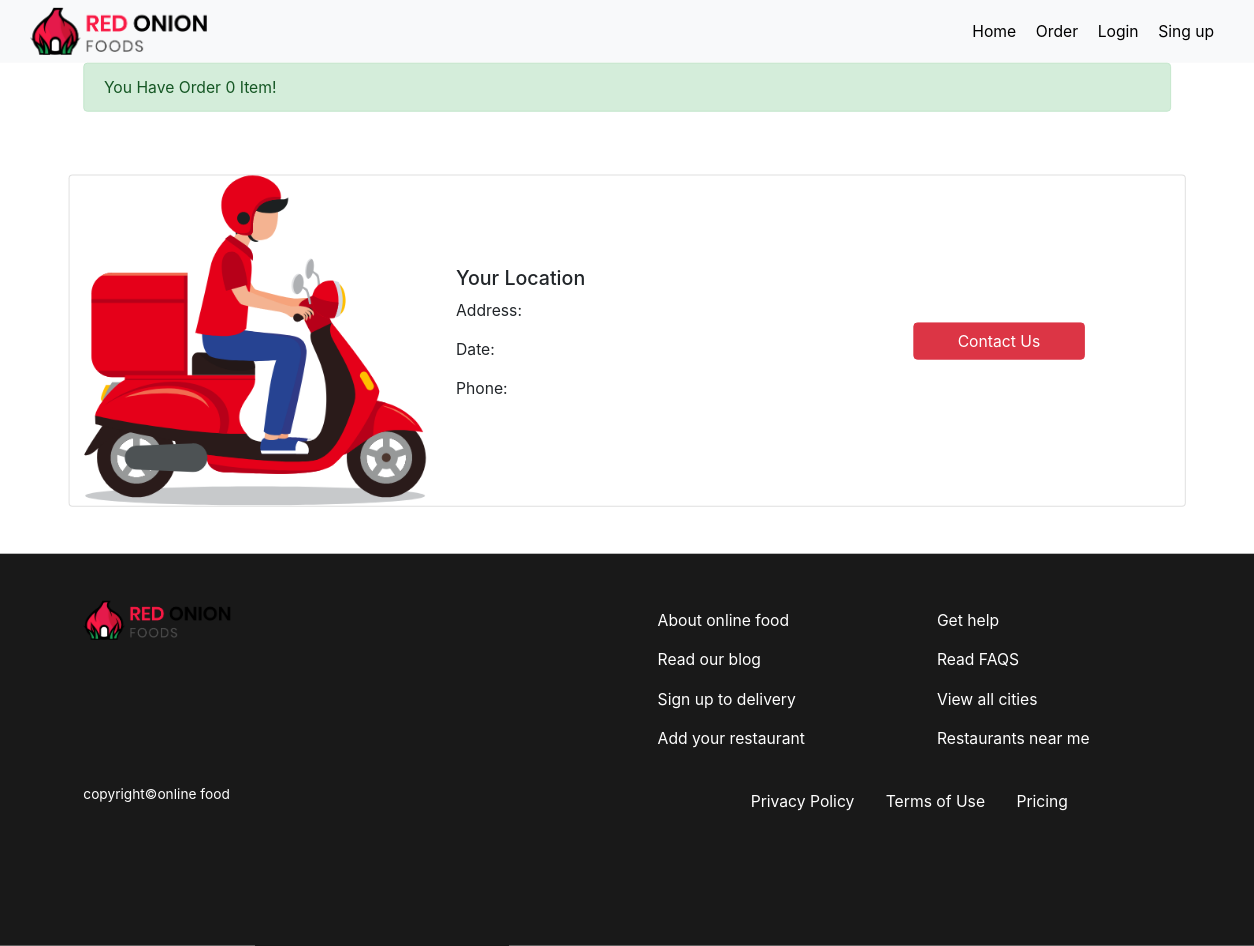
Repository: arif286/red-onion-client
Page: /order
These files come from the project's save history. The page is drawn as it stood at one moment and after the next save; the edit follows.
The browser window is 1280 px wide. The pictures show the whole page, at 98% of full size.
The page's requests for data from a server got no answer. The project was rebuilt for these pictures with package versions that can differ from the ones it lists, and the page was loaded fresh each time. Some packages were replaced by stand-ins written for this rebuild. No one was signed in, and anything a server would have sent is missing. Also part of the build but not shown: src/App.css, src/components/CheckOut/CheckOut.css, src/components/CheckOut/CheckOutForm/CheckOutFrom.js, src/components/CheckOut/CheckOut.js, src/components/SearchBar/SearchBar.css, src/components/SearchBar/SearchBar.js, src/components/FoodDetails/FoodDetail.css, src/components/FoodDetails/FoodDetail.js and 12 more. Imported but missing from the stored project, and not drawn on this page: src/components/CheckOut/Map/Map.

Above is the page before, as saved 2021-04-07 01:39:58.

### public/index.html
<!DOCTYPE html>
<html lang="en">
  <head>
    <meta charset="utf-8" />
    <link rel="icon" href="%PUBLIC_URL%/favicon.ico" />
    <meta name="viewport" content="width=device-width, initial-scale=1" />
    <meta name="theme-color" content="#000000" />
    <meta
      name="description"
      content="Web site created using create-react-app"
    />
    <link rel="apple-touch-icon" href="%PUBLIC_URL%/logo192.png" />
    <!--
      manifest.json provides metadata used when your web app is installed on a
      user's mobile device or desktop. See https://developers.google.com/web/fundamentals/web-app-manifest/
    -->
    <link rel="manifest" href="%PUBLIC_URL%/manifest.json" />

    <!-- <link
      href="https://api.tiles.mapbox.com/mapbox-gl-js/v2.1.1/mapbox-gl.css"
      rel="stylesheet"
    /> -->
    <!--
      Notice the use of %PUBLIC_URL% in the tags above.
      It will be replaced with the URL of the `public` folder during the build.
      Only files inside the `public` folder can be referenced from the HTML.

      Unlike "/favicon.ico" or "favicon.ico", "%PUBLIC_URL%/favicon.ico" will
      work correctly both with client-side routing and a non-root public URL.
      Learn how to configure a non-root public URL by running `npm run build`.
    -->
    <title>Red Onion</title>
  </head>
  <body>
    <noscript>You need to enable JavaScript to run this app.</noscript>
    <div id="root"></div>
    <!--
      This HTML file is a template.
      If you open it directly in the browser, you will see an empty page.

      You can add webfonts, meta tags, or analytics to this file.
      The build step will place the bundled scripts into the <body> tag.

      To begin the development, run `npm start` or `yarn start`.
      To create a production bundle, use `npm run build` or `yarn build`.
    -->
  </body>
</html>

### src/App.js
import "bootstrap/dist/css/bootstrap.min.css";
import React, { createContext, useState } from "react";
import { BrowserRouter as Router, Route, Switch } from "react-router-dom";
import './App.css';
import CheckOut from "./components/CheckOut/CheckOut";
import Map from "./components/CheckOut/Map/Map";
import FoodDetail from "./components/FoodDetails/FoodDetail";
import Footer from "./components/Footer/Footer";
import Header from "./components/Header/Header";
import Home from './components/Home/Home';
import Login from "./components/LogIn/Login";
import Order from "./components/Order/Order";
import SingUp from "./components/SingUp/SingUp";


export const UserContext = createContext();
function App() {
  const [loggedInUser, setLoggedInUser] = useState({});
  return (
    <UserContext.Provider value={[loggedInUser, setLoggedInUser]}>
      <Router>
        <Header />
        <Switch>
          <Route path="/home">
            <Home />
          </Route>
          <Route path="/signUp">
            <SingUp />
          </Route>
          <Route path="/login">
            <Login />
          </Route>
          <Route path="/food/details/:foodId">
            <FoodDetail />
          </Route>
          <Route path='/checkOut'>
            <CheckOut/>
          </Route>
          <Route path='/order'>
            <Order/>
          </Route>
          <Route path='/map'>
            <Map/>
          </Route>
          <Route exact path="/">
            <Home/>
          </Route>
        </Switch>
        <Footer />
      </Router>
    </UserContext.Provider>
  );

}

export default App;

### src/components/Footer/Footer.js
import React from 'react';
import { NavLink } from 'react-bootstrap';
import Logo from '../../onion-restaurent/logo2.png';
import './Footer.css';

const Footer = () => {
    return (
      <footer>
        <div className="container">
          <div className="row pt-5">
            <div className="col-md-6 col-sm-12 pb-4">
              <img className="footer-img" src={Logo} alt="" />
            </div>
            <div className="col-md-3 col-sm-12 pb-4">
              <ul className="nav flex-column">
                <li className="nav-item">
                  <NavLink
                    className="nav-link active footer-link"
                    aria-current="page"
                    to="/"
                  >
                    About online food
                  </NavLink>
                </li>
                <li className="nav-item">
                  <NavLink className="nav-link footer-link" to="/">
                    Read our blog
                  </NavLink>
                </li>
                <li className="nav-item">
                  <NavLink className="nav-link footer-link" to="/">
                    Sign up to delivery
                  </NavLink>
                </li>
                <li className="nav-item">
                  <NavLink className="nav-link footer-link" to="/">
                    Add your restaurant
                  </NavLink>
                </li>
              </ul>
            </div>
            <div className="col-md-3 col-sm-12 pb-4">
              <ul className="nav flex-column">
                <li className="nav-item">
                  <NavLink
                    className="nav-link footer-link"
                    aria-current="page"
                    to="/"
                  >
                    Get help
                  </NavLink>
                </li>
                <li className="nav-item">
                  <NavLink className="nav-link footer-link" to="/">
                    Read FAQS
                  </NavLink>
                </li>
                <li className="nav-item">
                  <NavLink className="nav-link footer-link" to="/">
                    View all cities
                  </NavLink>
                </li>
                <li className="nav-item">
                  <NavLink className="nav-link footer-link" to="/">
                    Restaurants near me
                  </NavLink>
                </li>
              </ul>
            </div>
          </div>

          <div className="row">
            <div className="col-md-7">
              <p className='copy-right'>
                <small>
                  copyright<span>&#169;</span>online food
                </small>
              </p>
            </div>
            <div className="col-md-5">
              <div className='d-flex'>
                <NavLink className="footer-link">Privacy Policy</NavLink>
                <NavLink className="footer-link">Terms of Use</NavLink>
                <NavLink className="footer-link">Pricing</NavLink>
              </div>
            </div>
          </div>
        </div>
      </footer>
    );
};

export default Footer;

### src/components/Header/Header.js
import React from 'react';
import { NavLink } from "react-router-dom";
import logo from '../../onion-restaurent/logo2.png';
import './Header.css';
const Header = () => {
    const header = {
        logo : {width: '180px'}
    }
    return (
      <div>
        <nav className="navbar navbar-expand-lg navbar-light bg-light">
          <div className="container-fluid">
            <div>
              <img style={header.logo} src={logo} alt="" />
            </div>
            <button
              className="navbar-toggler"
              type="button"
              data-bs-toggle="collapse"
              data-bs-target="#navbarNav"
              aria-controls="navbarNav"
              aria-expanded="false"
              aria-label="Toggle navigation"
            >
              <span className="navbar-toggler-icon"></span>
            </button>
            <div
              className="collapse  navbar-collapse justify-content-end"
              id="navbarNav"
            >
              <ul className="navbar-nav">
                <li className="nav-item">
                  <NavLink className="header-link" to="/">
                    Home
                  </NavLink>
                </li>
                <li className="nav-item">
                  <NavLink className="header-link" to="/order">
                    Order
                  </NavLink>
                </li>
                <li className="nav-item">
                  <NavLink className="header-link" to="/login">
                    Login
                  </NavLink>
                </li>
                <li className="nav-item">
                  <NavLink className="header-link" to="/signUp">
                    Sing up
                  </NavLink>
                </li>
              </ul>
            </div>
          </div>
        </nav>
      </div>
    );
};

export default Header;

### src/components/Order/Order.js
import axios from "axios";
import React, { useContext, useEffect, useState } from "react";
import { Alert, Card, Col, Container, Row } from "react-bootstrap";
import { UserContext } from "../../App";
import delivery from "../../onion-restaurent/Image/Group 1151.png";


const Order = () => {
  const [order, setOrder] = useState([]);
  const [loggedInUser, setLoggedInUser] = useContext(UserContext);

  useEffect(() => {
    axios.get(`http://localhost:5000/orderDetails?email=${loggedInUser.email}`)
      .then(res => {
        console.log(res.data)
        setOrder(res.data)
      })
      .catch(err => console.log(err));
  }, [loggedInUser.email]);
  return (
    <Container>
      <Alert variant="success">You Have Order {order.length} Item!</Alert>
      <Row className="justify-content-center">
        {order.map((item) => (
          <Col xs={12} sm={3}>
            <Card className="d-flex">
              <img src={item.picture} alt="" />
              <Card.Body>
                <Card.Title>{item.foodName}</Card.Title>
                <Card.Text>quantity: ${item.quantity}</Card.Text>
                <Card.Text>Total: ${item.totalPrice}</Card.Text>
              </Card.Body>
            </Card>
          </Col>
        ))}
      </Row>
      <Row className="mt-5 mb-5">
        <Col>
          <Card className="row flex-row justify-content-around">
            <div className="col-md-4">
              <img className="img-fluid" src={delivery} alt="" />
            </div>
            <div className="col-md-4 col-sm-12  align-self-center">
              <h5>Your Location</h5>
              <p>Address: {order[0]?.address}</p>
              <p>Date: {order[0]?.date}</p>
              <p>Phone: {order[0]?.phone}</p>
            </div>
            <div className="col-md-4 col-sm-12 align-self-center text-sm-left text-md-center">
              <button className="btn btn-danger w-50">Contact Us</button>
            </div>
          </Card>
        </Col>
      </Row>
    </Container>
  );
};

export default Order;

### src/components/Footer/Footer.css
.footer-img {
  width: 150px;
}
footer {
  background-color: #191919;
  height: 400px;
}
.footer-link {
  color: white;
}
.footer-link:hover {
  color: #878787;
}
.copy-right {
  color: white;
}

### src/components/Header/Header.css
.header-link {
  color: black;
  display: inline-block;
  padding: 10px;
}
.header-link:hover {
  text-decoration: none;
  color: #777777;
}
.cart-btn {
  border: none;
  background: none;
}

Loaded but not shown: src/index.js (common file); src/index.css (common file); src/reportWebVitals.js (common file)

After the next save:
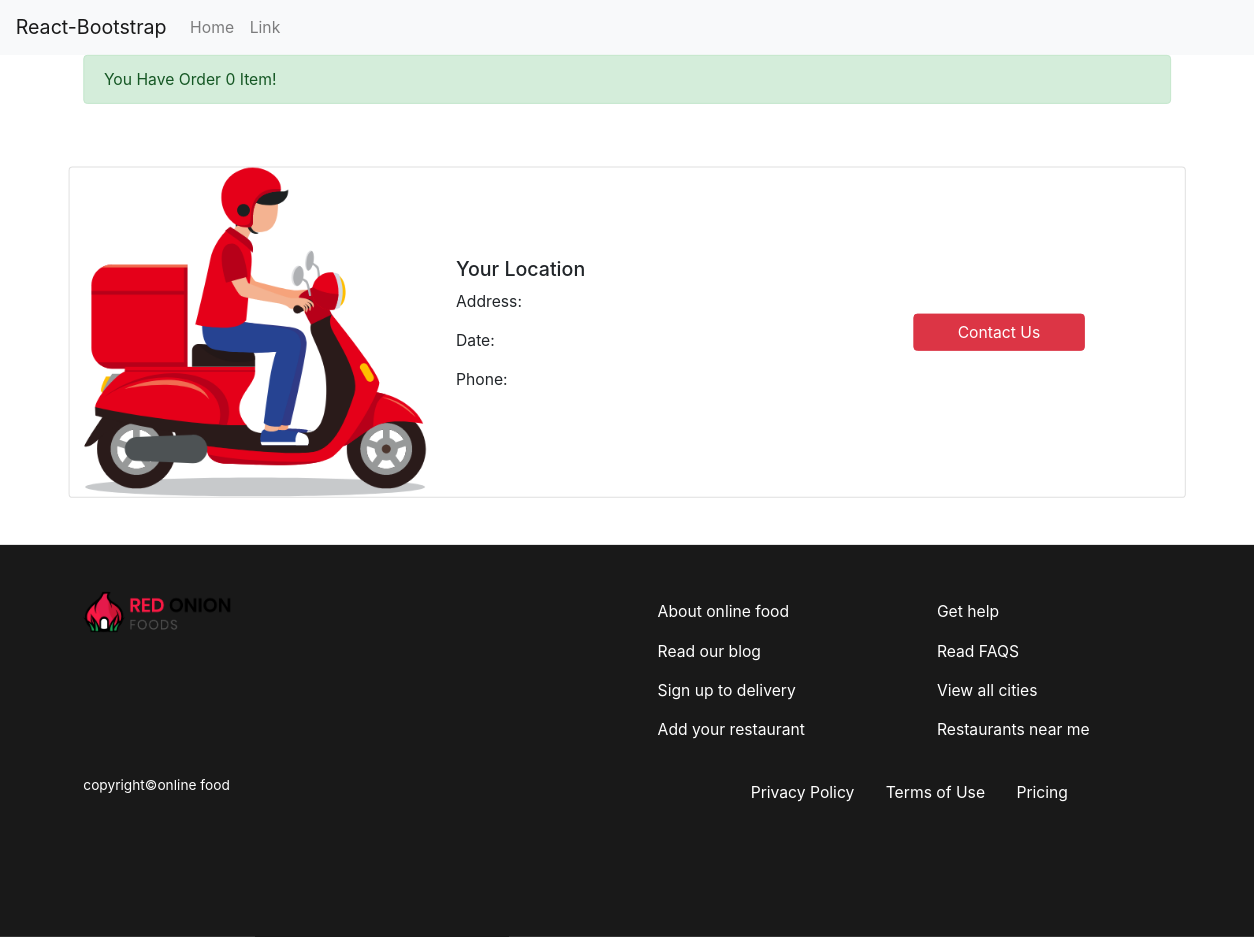
Saved 3 min 49 s later.
--- a/src/components/Header/Header.js
+++ b/src/components/Header/Header.js
@@ -1,6 +1,5 @@
 import React from 'react';
-import { NavLink } from "react-router-dom";
-import logo from '../../onion-restaurent/logo2.png';
+import { Nav, Navbar } from 'react-bootstrap';
 import './Header.css';
 const Header = () => {
     const header = {
@@ -8,7 +7,7 @@ const Header = () => {
     }
     return (
       <div>
-        <nav className="navbar navbar-expand-lg navbar-light bg-light">
+        {/* <nav className="navbar navbar-expand-lg navbar-light bg-light">
           <div className="container-fluid">
             <div>
               <img style={header.logo} src={logo} alt="" />
@@ -52,7 +51,17 @@ const Header = () => {
               </ul>
             </div>
           </div>
-        </nav>
+        </nav> */}
+        <Navbar bg="light" expand="lg">
+          <Navbar.Brand href="#home">React-Bootstrap</Navbar.Brand>
+          <Navbar.Toggle aria-controls="basic-navbar-nav" />
+          <Navbar.Collapse id="basic-navbar-nav">
+            <Nav className="mr-auto">
+              <Nav.Link href="#home">Home</Nav.Link>
+              <Nav.Link href="#link">Link</Nav.Link>
+            </Nav>
+          </Navbar.Collapse>
+        </Navbar>
       </div>
     );
 };
